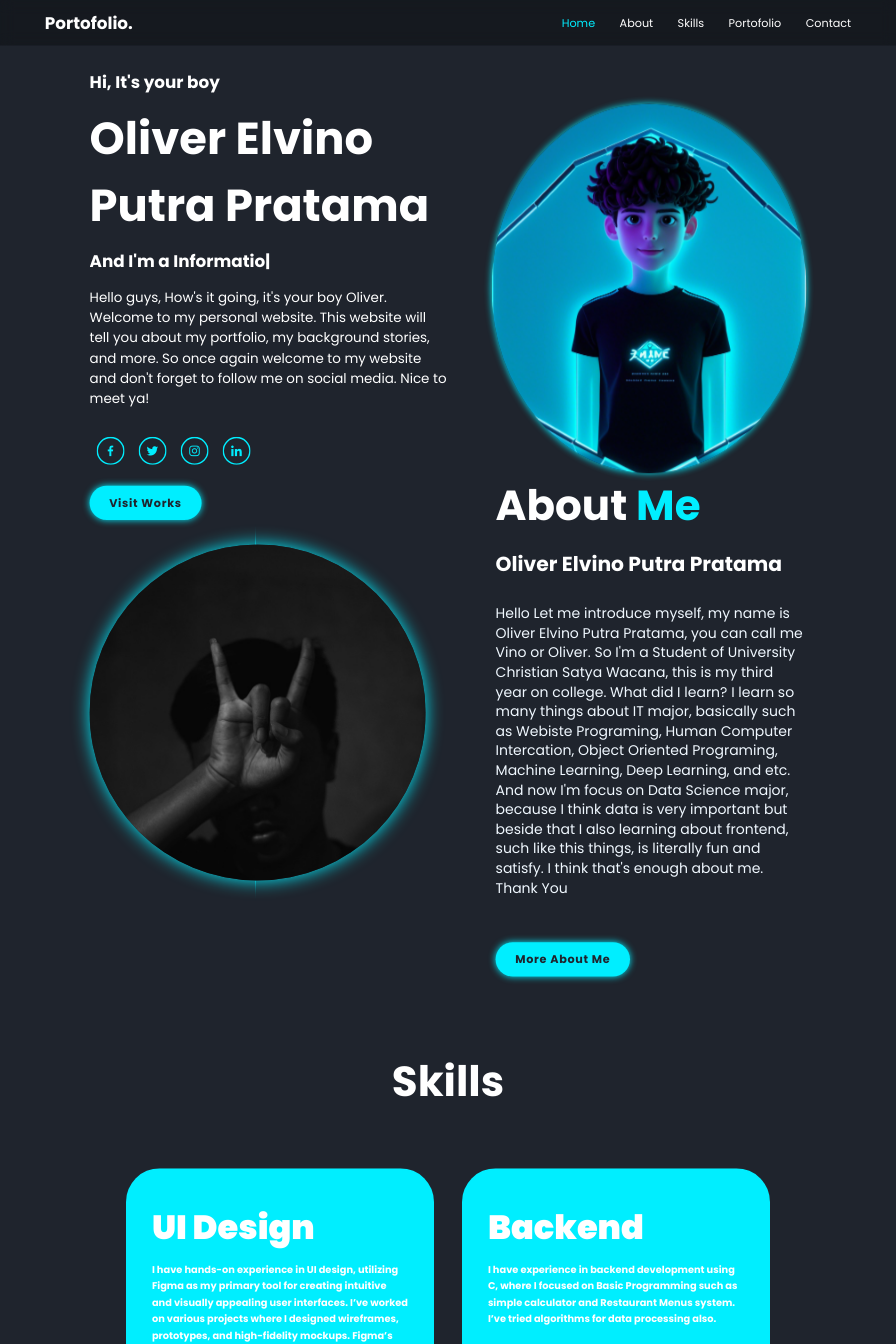
Repository: Olovrelvino/personalWebsite-HtmlCssJs-project
Page: main.html
An editor plug-in stored every save of this project. The page is shown before and after a run of saves, followed by the edit.
The browser window is 1280 px wide. The pictures show the part of the page from y = 0 to 1920 px (the page is 3603 px tall), at 70% of full size.
Some web libraries are served in a nearby version.

Above is the page before, as saved 2024-09-22 22:57:09.

### main.html
<!DOCTYPE html>
<html lang="en">
<head>
    <meta charset="UTF-8">
    <meta name="viewport" content="width=device-width, initial-scale=1.0">
    <title>Oliver's Portofolio</title>
    <link href='https://unpkg.com/boxicons@2.1.4/css/boxicons.min.css' rel='stylesheet'>
    <link rel="stylesheet" href="style.css">
</head>

<body>

    <!-- NAVBAR SECTION -->
    <header class="header">
        <a href="#" class="logo">Portofolio.</a>

        <nav class="navbar">
          <div class="hamburger-menu">
            <div class="bar"></div>
            <div class="bar"></div>
            <div class="bar"></div>
          </div>
          <ul class="nav-menu">
            <li><a href="#home" class="nav-links" style="--i:1;">Home</a></li>
            <li><a href="#about" class="nav-links" style="--i:2;">About</a></li>
            <li><a href="#Skills" class="nav-links" style="--i:3;">Skills</a></li>
            <li><a href="portofolio.html" class="nav-links" style="--i:4;">Portofolio</a></li>
            <li><a href="#contact" class="nav-links" style="--i:5;">Contact</a></li>
          </ul>
        </nav>
      </header>

      <section id="home" class="section home">
        <div class="home-content">
          <h3>Hi, It's your boy</h3>
          <h1>Oliver Elvino Putra Pratama</h1>
          <h3>And I'm a <span class="multiple-text"></span></h3>
          <p>Hello guys, How's it going, it's your boy Oliver. Welcome to my personal website. This website will tell you about my portfolio, my background stories, and more. So once again welcome to my website and don't forget to follow me on social media. Nice to meet ya!</p>
          <div class="social-media">
            <a href="#" style="--i:7;"><i class="bx bxl-facebook"></i></a>
            <a href="#" style="--i:8;"><i class="bx bxl-twitter"></i></a>
            <a href="#" style="--i:9;"><i class="bx bxl-instagram"></i></a>
            <a href="#" style="--i:10;"><i class="bx bxl-linkedin"></i></a>
          </div>
          <a href="#" class="btn">Visit Works</a>
        </div>
        <div class="home-img">
          <img src="imagePW.png" alt="Oliver Elvino">
        </div>
      </section>

    <!-- ABOUT SECTION -->
     <section class="about" id="about">
        <div class="about-img">
            <img src="vino2.jpg">
        </div>
        <div class="about-text">
            <h2>About <span>Me</span></h2>
            <h4>Oliver Elvino Putra Pratama</h4>
            <P>Hello Let me introduce myself, my name is Oliver Elvino Putra Pratama, you can call me Vino or Oliver.
                So I'm a Student of University Christian Satya Wacana, this is my third year on college. What did I learn? I learn so many things about IT major,
                basically such as Webiste Programing, Human Computer Intercation, Object Oriented Programing,
                Machine Learning, Deep Learning, and etc. And now I'm focus on Data Science major, because I think data is very important but
                beside that I also learning about frontend, such like this things, is literally fun and satisfy. I think that's enough about me. Thank You
            </P>
            <a href="#" class="btn-content">More About Me</a>
        </div>
     </section>

     <section class="Skills" id="Skills">
        <div class="skills-text">
            <h2>Skills</h2>
        </div>

        <div class="Skills-container">
            <div class="Skills-box">
                <div class="Skills-info">
                    <h4>UI Design</h4>
                    <p>I have hands-on experience in UI design, utilizing Figma as my primary tool for creating intuitive and visually appealing user interfaces.
                        I’ve worked on various projects where I designed wireframes, prototypes, and high-fidelity mockups. Figma’s collaborative features enabled me to work efficiently with team members,
                        iterate designs quickly, and maintain consistency across different screen sizes and platforms.
                    </p>
                </div>
            </div>

            <div class="Skills-box">
                <div class="Skills-info">
                    <h4>Backend</h4>
                    <p>I have experience in backend development using C,
                        where I focused on Basic Programming such as simple calculator and Restaurant Menus system.
                        I’ve tried algorithms for data processing also.
                    </p>
                </div>
            </div>

            <div class="Skills-box">
                <div class="Skills-info">
                    <h4>Frontend</h4>
                    <p>
                        I have experience in frontend development, using HTML, CSS, and JavaScript to build responsive and dynamic website.
                        I’ve created user-friendly interfaces, ensuring cross-browser compatibility and optimizing for performance.
                    </p>
                </div>
            </div>

            <div class="Skills-box">
                <div class="Skills-info">
                    <h4>DataBase</h4>
                    <p>
                        I have experience in database management using MySQL, Oracle APEX, and ERD.
                        I’ve designed and optimized relational databases, created detailed ER diagrams to model data structures,
                        and implemented them in MySQL for efficient data handling.
                    </p>
                </div>
            </div>
        </div>
     </section>

     <section class="contact" id="contact">
        <h2 class="heading">Contact <span class="highlight">Me</span></h2>

        <form action="">
            <div class="input-group">
                <div class="input-box">
                    <input type="text" placeholder="Full name">
                    <input type="email" placeholder="Email">
                </div>
                <div class="input-box">
                    <input type="number" placeholder="Phone Number">
                    <input type="text" placeholder="Subject">
                </div>
            </div>

            <div class="input-group-2">
                <textarea name="" id="" cols="30" rows="10" placeholder="Your Message"></textarea>
                <input type="submit" value="Send Message" class="btn-contact">
            </div>
        </form>
     </section>

     <!-- Footer Section -->
     <footer class="footer">
        <div class="social">
            <a href="#" style="--i:7;"><i class='bx bxl-instagram'></i></a>
            <a href="#" style="--i:8;"><i class='bx bxl-facebook' ></i></a>
            <a href="#" style="--i:9;"><i class='bx bxl-discord-alt' ></i></a>
            <a href="#" style="--i:10;"><i class='bx bxl-github'></i></a>
        </div>

        <ul class="list">
            <li>
                <a href="#">FAQ</a>
            </li>

            <li>
                <a href="#">About</a>
            </li>

            <li>
                <a href="#">Portfolio</a>
            </li>

            <li>
                <a href="#">Contact</a>
            </li>
            <p class="copyright">
                © Oliver Elvino | All Right Reserved
            </p>
        </ul>
     </footer>

    <script src="https://unpkg.com/typed.js@2.1.0/dist/typed.umd.js"></script>
    <script src="script.js"></script>
</body>
</html>

### style.css
@import url('https://fonts.googleapis.com/css?family=Poppins:400,700,900');

* {
    margin: 0;
    padding: 0;
    border: none;
    outline: none;
    scroll-behavior: smooth;
    box-sizing: border-box;
    font-family: 'Poppins', sans-serif;
}

body {
    background: #1f242d;
    color: #fff;
    overflow-x: hidden;

}

.header {
    position: fixed;
    top: 0;
    left: 0;
    width: 100%;
    padding: 15px 5%;
    background: rgba(0, 0, 0, 0.3);
    backdrop-filter: blur(10px);
    display: flex;
    justify-content: space-between;
    align-items: center;
    z-index: 100;
  }

  .logo {
    font-size: 1.5rem;
    color: #fff;
    text-decoration: none;
    font-weight: 600;
  }

  .navbar {
    display: flex;
    align-items: center;
  }

  .nav-menu {
    display: flex;
    list-style: none;
  }

  .nav-links {
    font-size: 1rem;
    color: #fff;
    text-decoration: none;
    font-weight: 500;
    margin-left: 35px;
    transition: .3s;
  }

  .nav-links:hover,
  .nav-links.active {
    color: #0ef;
  }

  .hamburger-menu {
    display: none;
    cursor: pointer;
  }

  .bar {
    display: block;
    width: 25px;
    height: 3px;
    margin: 5px auto;
    transition: all 0.3s ease-in-out;
    background-color: #fff;
  }

  @media screen and (max-width: 768px) {
    .hamburger-menu {
      display: block;
    }

    .hamburger-menu.active .bar:nth-child(2) {
      opacity: 0;
    }

    .hamburger-menu.active .bar:nth-child(1) {
      transform: translateY(8px) rotate(45deg);
    }

    .hamburger-menu.active .bar:nth-child(3) {
      transform: translateY(-8px) rotate(-45deg);
    }

    .nav-menu {
      position: fixed;
      left: -100%;
      top: 70px;
      gap: 0;
      flex-direction: column;
      background-color: rgba(0, 0, 0, 0.8);
      width: 100%;
      text-align: center;
      transition: 0.3s;
    }

    .nav-links {
      margin: 16px 0;
    }

    .nav-menu.active {
      left: 0;
    }
  }

  .home {
    min-height: 100vh;
    padding: 100px 5% 0;
    display: flex;
    justify-content: center;
    align-items: center;
    flex-direction: column-reverse;
  }

  .home-content {
    max-width: 100%;
    text-align: center;
  }

  .home-content h3 {
    font-size: 1.5rem;
    font-weight: 700;
    opacity: 0;
    animation: slideBottom 1s ease forwards;
    animation-delay: .7s;
  }


  .home-content h3:nth-of-type(2) {
    margin-bottom: 20px;
    animation: slideTop 1s ease forwards;
    animation-delay: .7s;
  }

  .home-content h1 {
    font-size: 2.5rem;
    font-weight: 700;
    margin: 15px 0;
    opacity: 0;
    animation: slideRight 1s ease forwards;
    animation-delay: 1s;
  }

  .home-content p {
    font-size: 1rem;
    margin-bottom: 30px;
    opacity: 0;
    animation: slideLeft 1s ease forwards;
    animation-delay: 1s;
  }

  .home-img img {
    max-width: 300px;
    width: 100%;
    height: auto;
    border-radius: 50%;
    box-shadow: 0 0 10px #0ef;
    margin-bottom: 30px;
    opacity: 0;
    animation: zoomIn 1s ease forwards, floatImage 4s ease-in-out infinite;
    animation-delay: 2s, 3s;
  }

  .social-media {
    display: flex;
    justify-content: center;
    flex-wrap: wrap;
    margin-bottom: 20px;
  }

  .social-media a {
    display: inline-flex;
    justify-content: center;
    align-items: center;
    width: 40px;
    height: 40px;
    background: transparent;
    border: 2px solid #0ef;
    border-radius: 50%;
    font-size: 20px;
    color: #0ef;
    text-decoration: none;
    margin: 10px;
    transition: .5s ease;
    opacity: 0;
    animation: slideLeft 1s ease forwards;
    animation-delay: calc(.2s * var(--i));
  }

  .social-media a:hover {
    background: #0ef;
    color: #1f242d;
    box-shadow: 0 0 20px #0ef;
  }

  .btn {
    display: inline-block;
    padding: 12px 28px;
    background: #0ef;
    border-radius: 40px;
    box-shadow: 0 0 10px #0ef;
    font-size: 16px;
    color: #1f242d;
    letter-spacing: 1px;
    text-decoration: none;
    font-weight: 600;
    opacity: 0;
    animation: slideTop 1s ease forwards;
    animation-delay: 2s;
  }

  @media screen and (min-width: 768px) {
    .home {
      flex-direction: row;
      justify-content: space-between;
      text-align: left;
      padding: 100px 10% 0;
    }

    .home-content {
      max-width: 50%;
      text-align: left;
    }

    .home-content h1 {
      font-size: 3.5rem;
    }

    .home-content p {
      font-size: 1.1rem;
    }

    .home-img img {
      max-width: 400px;
      margin-bottom: 0;
    }

    .social-media {
      justify-content: flex-start;
    }
  }

  @media screen and (min-width: 1024px) {
    .home-content h1 {
      font-size: 4rem;
    }

    .home-content p {
      font-size: 1.2rem;
    }

    .home-img img {
      max-width: 450px;
    }
  }


.about {
    position: relative;
    width: 100%;
    height: 80vh;
    display: flex;
    justify-content: space-between;
    gap: 100px;
    align-items: center;
    padding: 10% 10% 0;
    padding-top: 10px;
}

.about-img img {
    margin-bottom: 30px;
    max-width: 480px;
    border-radius: 50%;
    box-shadow: 0 0 25px #0ef;
    cursor: pointer;
    transition: 0.4s ease-in-out;

}

.about-img img:hover {
    box-shadow: 0 0 25px #0ef,
                0 0 50px #0ef,
                0 0 100px #0ef;

}

.about-text h2 {
    font-size: 60px;
}

.about-text h2 span {
    color:#0ef;
}

.about-text h4 {
    font-size: 29px;
    font-weight: 600;
    color:#fff;
    line-height: 1.7;
    margin: 15px 0 30px;

}

.about-text p {
    color: aliceblue;
    font-size: 20px;
    line-height: 1.4;
    margin-bottom: 4rem;

}

.btn-content {
    display: inline-block;
    padding: 12px 28px;
    background: #0ef;
    border-radius: 40px;
    box-shadow: 0 0 10px #0ef;
    font-size: 16px;
    color: #1f242d;
    letter-spacing: 1px;
    text-decoration: none;
    font-weight: 600;
}

.Skills {
    margin: 180px;
}

.skills-text h2 {
    margin-bottom: 5rem;
    font-size: 60px;
    text-align: center;
    color: #fff;
}

.Skills-container {
    display: grid;
    grid-template-columns: repeat(2, 1fr);
    align-items: center;
    gap: 2.5rem;
}

.Skills-box {
    background-color:#0ef;
    height: 300px;
    border-radius: 3rem;
    border: 5px solid transparent;
    cursor: pointer;
    transition: 0.4s ease-in-out;
}

.Skills-box:hover {
    background: #fff;
    color:#1f242d;
    border: 5px solid #0ef;
    transform: scale(1.03);
}

.Skills-box .Skills-info {
    display: flex;
    flex-direction: column;
    text-align: left;
    max-height: 200px;
    justify-content: left;
    align-items: baseline;
    padding: 2rem 2rem;
}

.Skills-info h4 {
    font-size: 3rem;
    font-weight: 800;
    line-height: 2;
}

.Skills-info p {
    font-size: 14px;
    font-weight: 600;
    max-height: 100px;
    line-height: 1.7;
    margin: auto;
}

.contact {
    margin-top: 50px;
    padding: 50px 20px;
    text-align: center;
}

.contact .heading {
    font-size: 56px;
    margin-bottom: 40px;
    font-weight: 600;
}

.highlight {
    color:#0ef;
}

.input-group, .input-group-2 {
    display: block;
    width: 100%;
    max-width: 600px;
    margin: 0 auto;
}


.input-box {
    width: 100%;
    margin-bottom: 20px;
}

input, textarea {
    width: 100%;
    padding: 15px;
    font-size: 16px;
    margin-bottom: 15px;
    border: 2px solid #303d43;
    border-radius: 10px;
    box-sizing: border-box;
}


textarea {
    height: 200px;
    resize: none;
}


.btn-contact {
    display: block;
    width: 30%;
    padding: 15px;
    background-color: #0ef;
    font-size: 16px;
    border: none;
    border-radius: 5px;
    cursor: pointer;
    transition: 0.3s ease;
    margin-top: 10px;
}

.btn-contact:hover {
    color:#1f242d;
    box-shadow: 0 0 25px #0ef;
}

.footer {
    position: relative;
    bottom: 0;
    width: 100%;
    padding: 40px 0;
    background-color: rgba(0, 0, 0, 0.3);

}

.footer .social {
    text-align: center;
    padding-bottom: 25px;
    color: #0ef;

}

.footer .social a {
    font-size: 25px;
    color: #0ef;
    border: 2px solid #0ef;
    width: 42px;
    height: 42px;
    line-height: 42px;
    display: inline-block;
    text-align: center;
    border-radius: 50%;
    margin: 0 10px;
    transition: 0.3s ease-in-out;

}

.footer .social a:hover {
    transform: scale(1.2)translateY(-10px);
    background-color: #0ef;
    color:#1f242d;
    box-shadow: 0 0 25px #0ef;
}

.footer ul {
    margin-top: 0;
    padding: 0;
    font-size: 18px;
    line-height: 1.6;
    margin-bottom: 0;
    text-align: center;
}

.footer ul li a {
    color:#fff;
    border-bottom: 3px solid transparent;
    transition: 0.3s ease-in-out;
}

.footer ul li a:hover {
    border-bottom: 3px solid #0ef;
}

.footer ul li {
    display: inline-block;
    padding: 0 15px;
}

.footer .copyright {
    margin-top: 50px;
    text-align: center;
    font-size: 16px;
    color:#fff;
}


/* KEYFRAMES ANIMATION */
@keyframes slideRight {
    0% {
        transform: translateX(-100px);
        opacity: 0;
    }

    100% {
        transform: translateX(0);
        opacity: 1;
    }
}

@keyframes slideLeft {
    0% {
        transform: translateX(100px);
        opacity: 0;
    }

    100% {
        transform: translateX(0);
        opacity: 1;
    }
}

@keyframes slideTop {
    0% {
        transform: translateY(100px);
        opacity: 0;
    }

    100% {
        transform: translateY(0);
        opacity: 1;
    }
}

@keyframes slideBottom {
    0% {
        transform: translateY(-100px);
        opacity: 0;
    }

    100% {
        transform: translateY(0);
        opacity: 1;
    }
}

@keyframes zoomIn {
    0% {
        transform: scale(0);
        opacity: 0;
    }

    100% {
        transform: scale(1);
        opacity: 1;
    }
}

@keyframes floatImage {
    0% {
        transform: translateY(0);

    }
    50% {
        transform: translateY(-24px);

    }
    100% {
        transform: translateY(0);

    }
}

### script.js
var typed = new Typed(".multiple-text", {
    strings: ["Student of UKSW", "Information Technology Major", "Code Anthusiast"],
    typeSpeed: 100,
    backSpeed: 100,
    backDelay: 1000,
    loop: true
})

// document.querySelectorAll('.navbar a').forEach(anchor => {
//     anchor.addEventListener('click', function(e) {
//         const target = document.querySelector(this.getAttribute('href'));

//         // Remove 'active' class from all links
//         document.querySelectorAll('.navbar a').forEach(link => {
//             link.classList.remove('active');
//         });

//         // Add 'active' class to the clicked link
//         this.classList.add('active');

//         // Smooth scroll to the section (only if the target exists)
//         if (target) {
//             e.preventDefault();
//             target.scrollIntoView({
//                 behavior: 'smooth'
//             });
//         }
//     });
// });

// // Mendapatkan semua elemen section yang ditargetkan
// const sections = document.querySelectorAll('section');
// const navLinks = document.querySelectorAll('.navbar a');

// // Fungsi untuk mengubah tautan yang aktif
// function changeActiveNav() {
//     let index = sections.length;

//     // Loop untuk menentukan bagian halaman mana yang sedang di viewport
//     while (--index && window.scrollY + 100 < sections[index].offsetTop) {}

//     // Hapus class 'active' dari semua tautan
//     navLinks.forEach((link) => link.classList.remove('active'));

//     // Tambahkan class 'active' pada tautan yang sesuai dengan bagian halaman
//     navLinks[index].classList.add('active');
// }

// // Event listener ketika halaman discroll
// window.addEventListener('scroll', changeActiveNav);

// // Event listener untuk klik pada tautan navbar
// navLinks.forEach((link) => {
//     link.addEventListener('click', function() {
//         // Hapus class 'active' dari semua tautan
//         navLinks.forEach((link) => link.classList.remove('active'));

//         // Tambahkan class 'active' pada tautan yang diklik
//         this.classList.add('active');
//     });
// });

// // Deteksi apakah halaman Portfolio sedang dibuka
// if (window.location.href.includes('portofolio.html')) {
//     document.querySelector('.navbar a[href="portofolio.html"]').classList.add('active');
// }

// Mengambil semua link navigasi dan bagian
const sections = document.querySelectorAll('section');
const navLinks = document.querySelectorAll('.navbar a');

// Fungsi untuk menambahkan kelas 'active' ke link navigasi
window.onscroll = () => {
    let current = "";

    sections.forEach(section => {
        const sectionTop = section.offsetTop;
        const sectionHeight = section.clientHeight;

        // Memeriksa jika posisi scroll berada di dalam section
        if (pageYOffset >= sectionTop - sectionHeight / 3) {
            current = section.getAttribute('id'); // Mendapatkan id dari section yang aktif
        }
    });

    navLinks.forEach(link => {
        link.classList.remove('active'); // Menghapus class active dari semua link
        if (link.getAttribute('href').includes(current)) {
            link.classList.add('active'); // Menambahkan class active ke link yang sesuai
        }
    });
};

document.addEventListener('DOMContentLoaded', () => {
    const hamburger = document.querySelector('.hamburger-menu');
    const navMenu = document.querySelector('.nav-menu');

    hamburger.addEventListener('click', () => {
      hamburger.classList.toggle('active');
      navMenu.classList.toggle('active');
    });

    document.querySelectorAll('.nav-links').forEach(n => n.addEventListener('click', () => {
      hamburger.classList.remove('active');
      navMenu.classList.remove('active');
    }));
  });

After the next 4 saves:
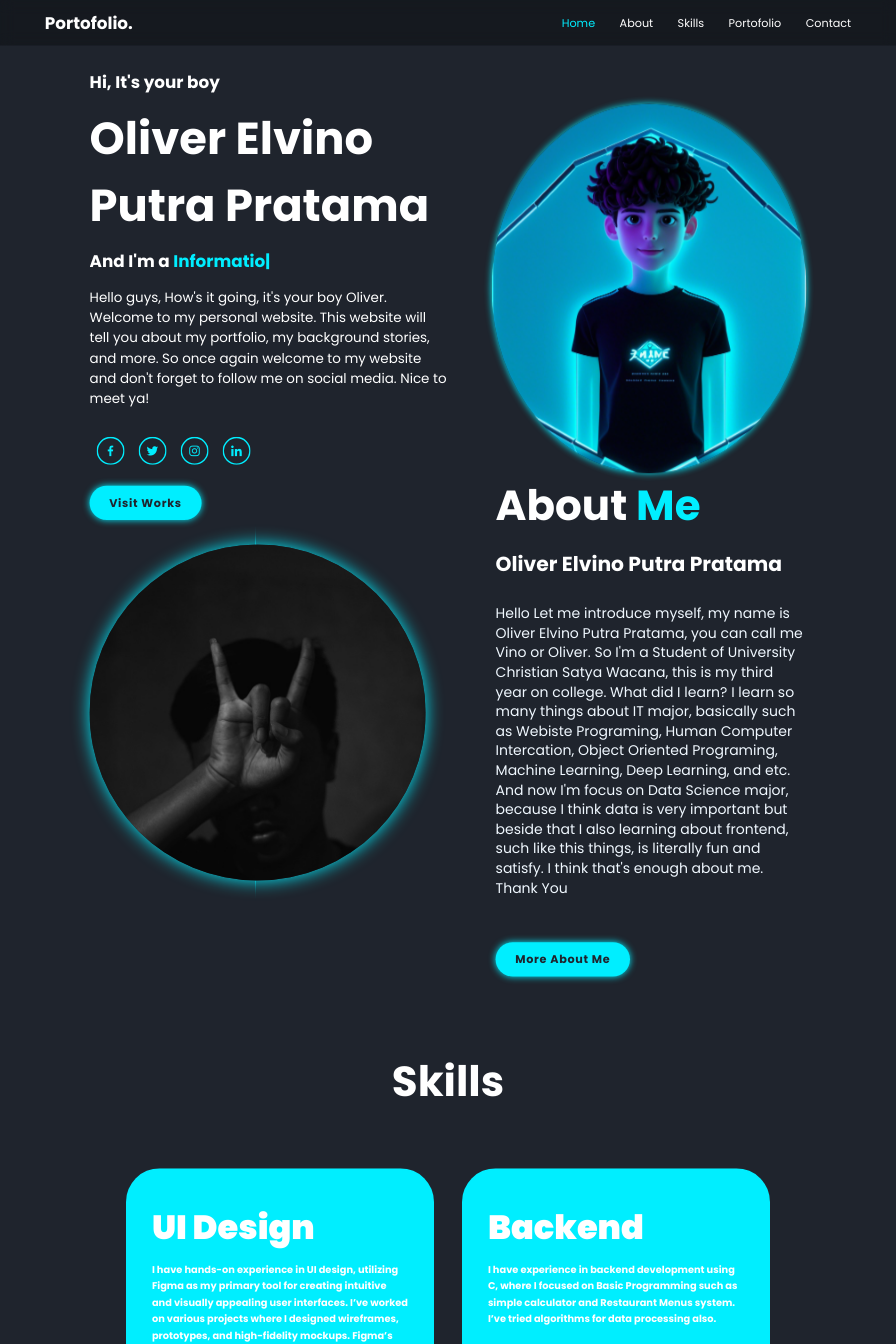
The 4 saves are shown as one change because they came seconds apart.
The last was saved 14 s later.
--- a/style.css
+++ b/style.css
@@ -136,6 +136,9 @@ body {
     animation-delay: .7s;
   }
 
+  .home-content h3 span {
+    color:#0ef;
+  }
 
   .home-content h3:nth-of-type(2) {
     margin-bottom: 20px;
